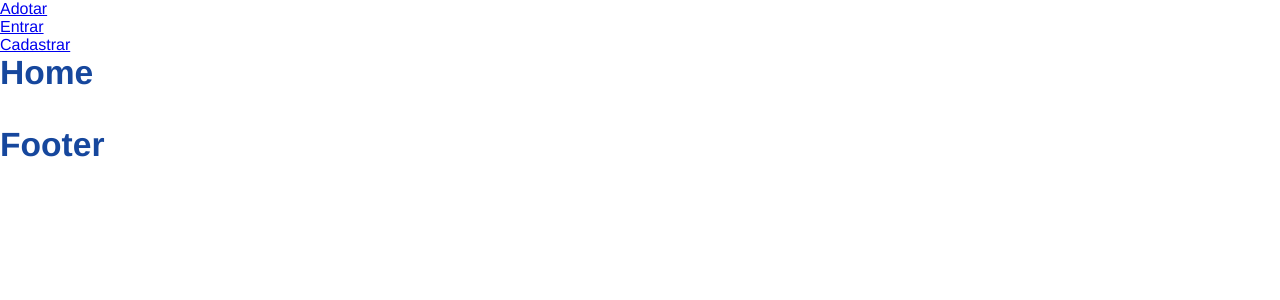
Repository: daviresende03/Get_a_Pet
Page: / (app in frontend/)
An editor plug-in stored every save of this project. The page is shown before and after a run of saves, followed by the edit.
The browser window is 1280 px wide. The pictures show the whole page.
The project was rebuilt for these pictures with package versions that can differ from the ones it lists, and the page was loaded fresh each time. Also part of the build but not shown: frontend/src/components/pages/Auth/Login.js, frontend/src/components/pages/Auth/Register.js.

Above is the page before, as saved 2023-02-17 23:07:40.

After the next 2 saves:
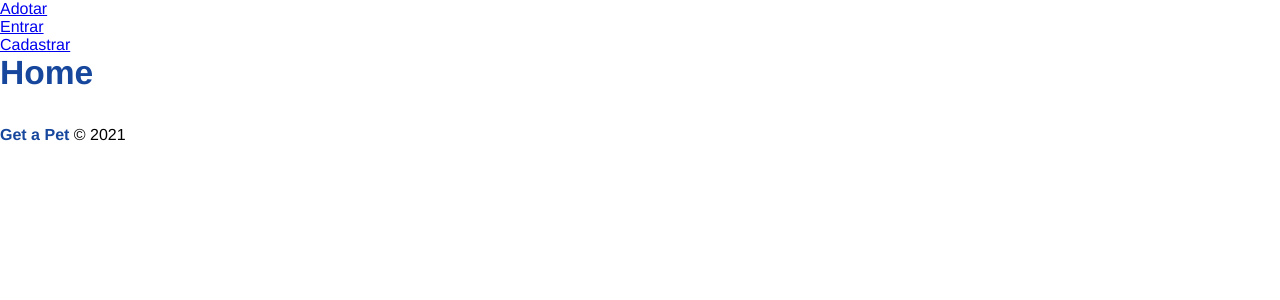
The 2 saves are shown as one change because they came seconds apart.
The last was saved 70 s later.
--- a/frontend/src/components/layout/Footer.js
+++ b/frontend/src/components/layout/Footer.js
@@ -1,8 +1,8 @@
 function Footer() {
     return (
-        <section>
-            <h1>Footer</h1>
-        </section>
+        <footer>
+            <p><span className="bold">Get a Pet</span> &copy; 2021</p>
+        </footer>
     )
 }
 
